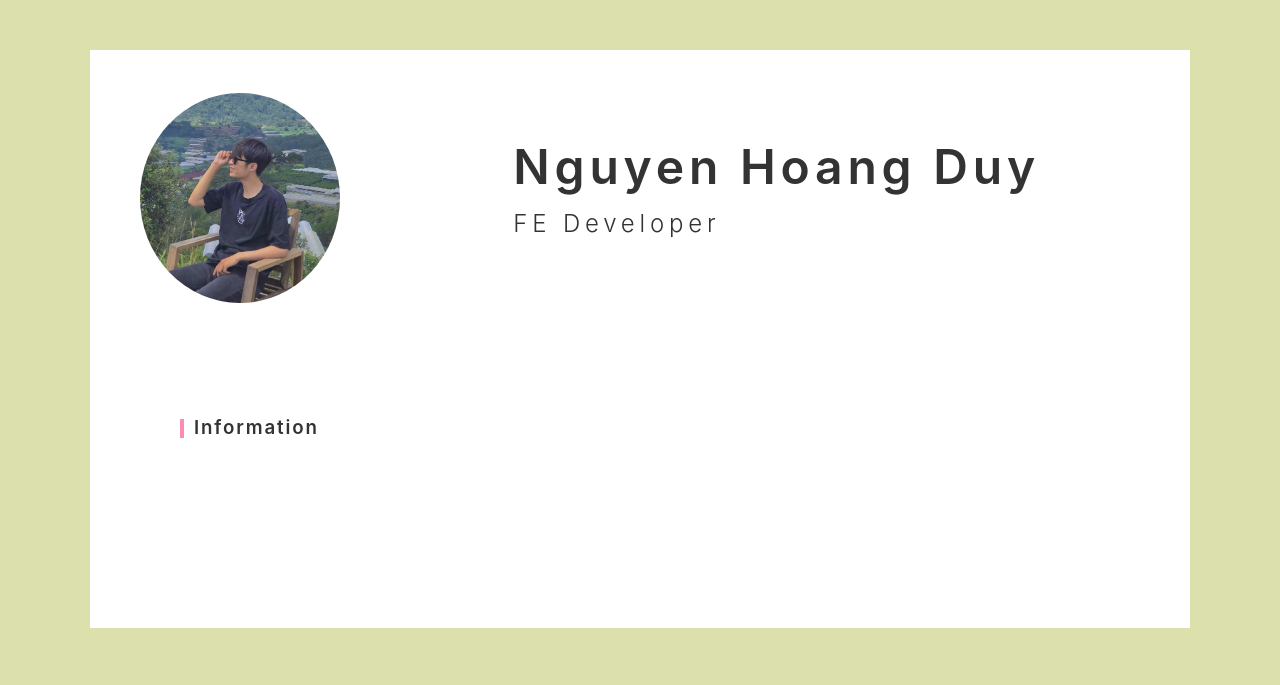
Repository: HoangDuy315/HW_TVK
Page: / (app in hw3cv/)
These files come from the project's save history. The page is drawn as it stood at one moment and after the next save; the edit follows.
The browser window is 1280 px wide. The pictures show the whole page.
The project was rebuilt for these pictures with package versions that can differ from the ones it lists, and the page was loaded fresh each time. Also part of the build but not shown: hw3cv/src/App.css.

Above is the page before, as saved 2022-11-02 12:08:05.

After the next save:
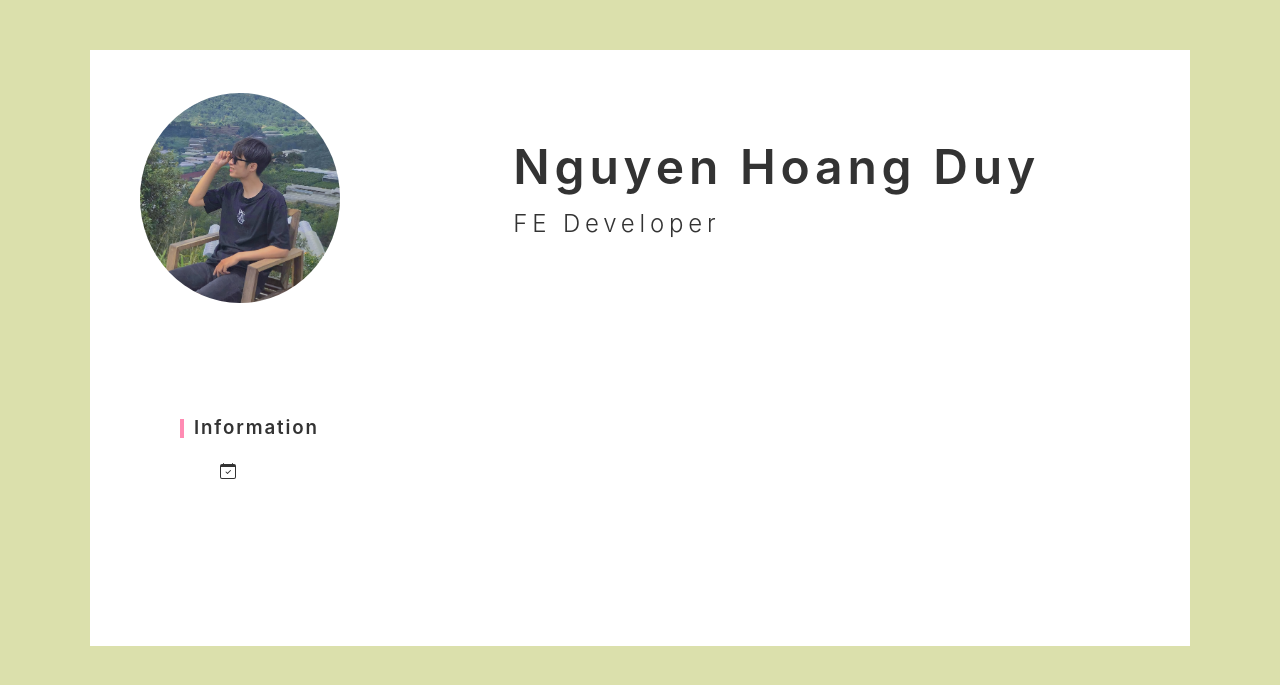
Saved 22 s later.
--- a/hw3cv/src/components/Cv.jsx
+++ b/hw3cv/src/components/Cv.jsx
@@ -27,7 +27,9 @@ const Cv = () => {
               <h3>Information</h3>
               <ul>
                 <li>
-                  <span className="icon"></span>
+                  <span className="icon">
+                    <BsCalendarCheck />
+                  </span>
                   <span className="text"></span>
                 </li>
                 <li>
